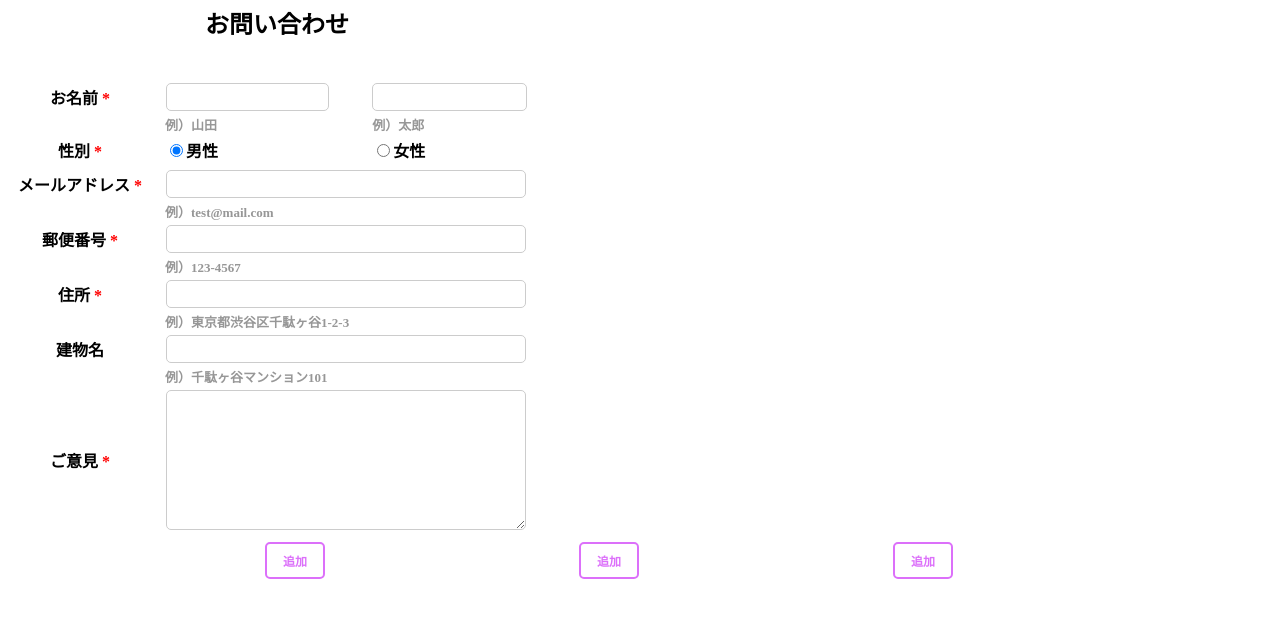
Repository: azuma2/kadai
Page: http://localhost/
These files come from the project's save history. The page is drawn as it stood at one moment and after a run of saves; the edit follows.
The browser window is 1280 px wide. The pictures show the whole page.
The page is served by the project's Laravel application, run on PHP 8.4 with Laravel 8. Queries for data that is not in the repository find no rows.

Above is the page before, as saved 2022-06-02 03:32:23.

After the next 3 saves:
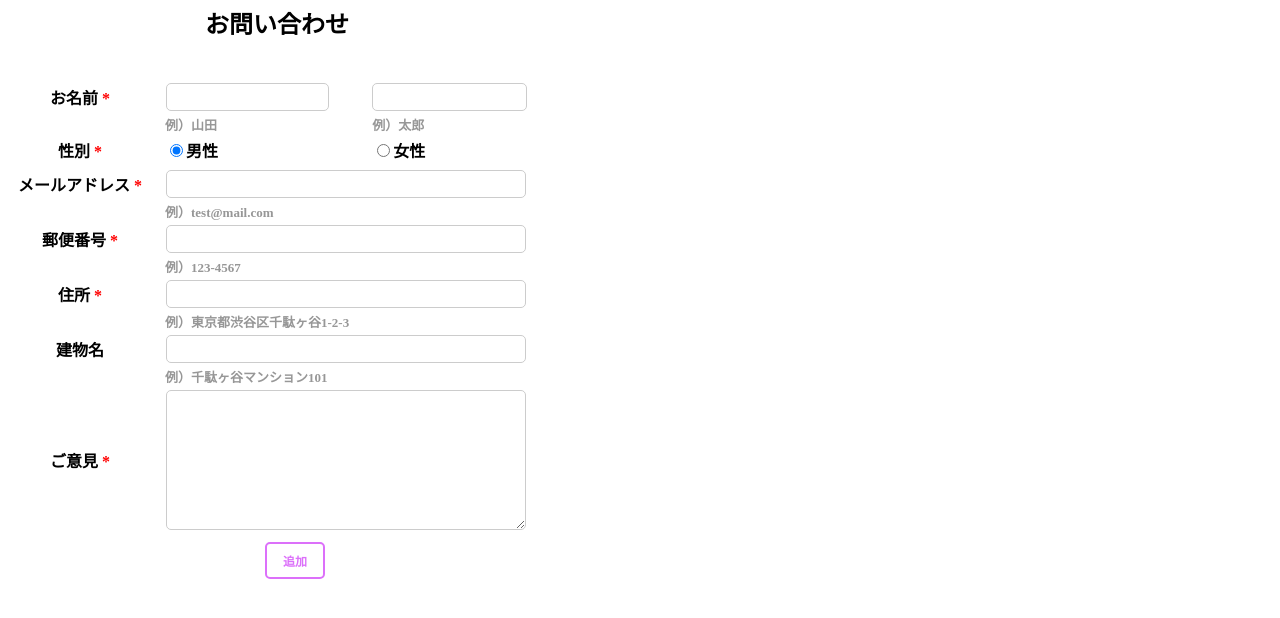
The 3 saves are shown as one change because they came seconds apart.
The last was saved 27 s later.
--- a/resources/views/index.blade.php
+++ b/resources/views/index.blade.php
@@ -184,13 +184,6 @@ form{
         </form>
 
 
-          <input class="button" type="button" onclick="location.href='/kakunin'" value="追加" />
-
-           <label onclick="location.href='/kakunin'">
-          <input  class="button" type="submit"  value="追加" />
- </label>
-
-
 
 
 @endsection
